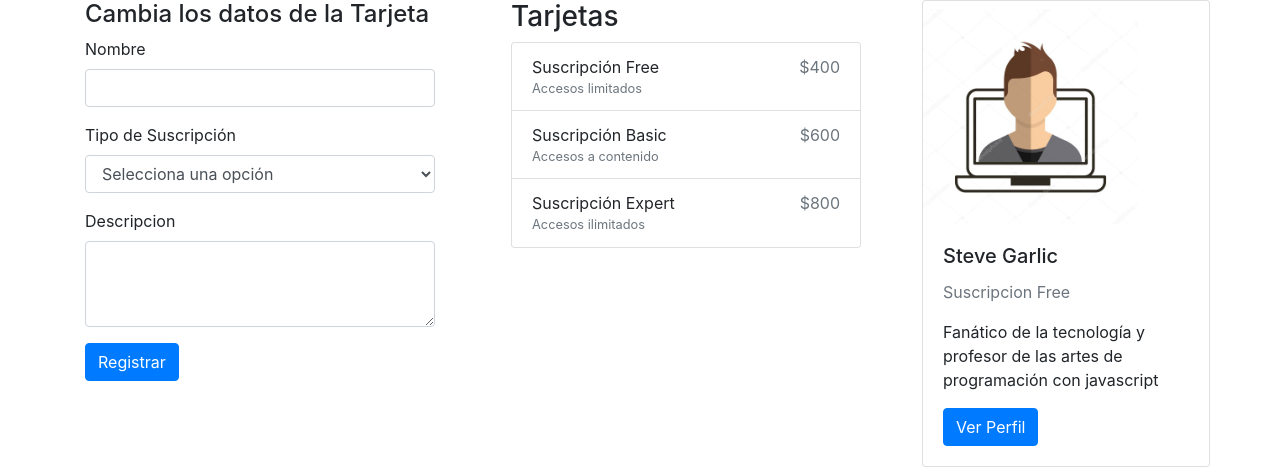
Repository: pedro-donoso/manipulacion-dom
Page: index.html
These files come from the project's save history. The page is drawn as it stood at one moment and after the next save; the edit follows.
The browser window is 1280 px wide. The pictures show the part of the page from y = 602 to 1069 px (the page is 1069 px tall).

Above is the page before, as saved 2024-02-06 14:34:27.

### index.html
<!doctype html>
<html lang="es">

<head>
    <!-- Required meta tags -->
    <meta charset="utf-8">
    <meta name="viewport" content="width=device-width, initial-scale=1, shrink-to-fit=no">

    <!-- Bootstrap CSS -->
    <link rel="stylesheet" href="https://cdn.jsdelivr.net/npm/bootstrap@4.3.1/dist/css/bootstrap.min.css"
        integrity="sha384-ggOyR0iXCbMQv3Xipma34MD+dH/1fQ784/j6cY/iJTQUOhcWr7x9JvoRxT2MZw1T" crossorigin="anonymous">

    <title>Manipulación del DOM</title>
</head>

<body>

    <main class="container">

        <!-- 1- AGREGO CLASE container PARA MANIPULAR ESTE PÁRRAFO -->
        <div class="row mt-5 text-center justify-content-between" id="contenedor">
            <div class="col-4 col-md-4">
                <h2>Manipulación del DOM</h2>
                <p class="text-center">
                    El DOM es una API definida para representar e interactuar con cualquier documento HTML.
                    El DOM es un modelo de documento que se carga en el navegador web y que representa el documento como
                    un árbol de
                    nodos, en donde cada nodo representa una parte del documento (puede tratarse de un elemento, una
                    cadena de texto o un comentario)
                </p>
            </div>
        </div>
        <div class="row justify-content-between danger">
            <div class="col-4 col-md-4">
                <h4>Cambia los datos de la Tarjeta</h4>
                <!-- 15- AGREGO id PARA ESCUCHAR EVENTO CLICK -->
                <form id="formulario">
                    <!-- 21- AGREGO ID DE CADA CAMPO -->
                    <label>Nombre</label>
                    <input type="text" class="form-control mb-3" id="nombre">
                    <label>Tipo de Suscripción</label>
                    <select id="suscripcion" class="form-control mb-3">
                        <option disabled selected>Selecciona una opción</option>
                        <option value="Suscripción Free">Suscripción Free</option>
                        <option value="Suscripción Basic">Suscripcion Basic</option>
                        <option value="Suscripción Expert">Suscripcion Expert</option>
                    </select>
                    <label>Descripcion</label>
                    <textarea rows="3" class="form-control mb-3" id="descripcion"></textarea>
                    <div>
                        <button class="btn btn-primary mb-3">Registrar</button>
                    </div>
                </form>
            </div>
            <div class="col-4 col-md-4">
                <h3>Tarjetas</h3>
                <div class="card">
                    <ul class="list-group list-group-flush">
                        <li class="list-group-item d-flex justify-content-between">
                            <div class="d-flex flex-column">
                                <span>Suscripción Free</span>
                                <small class="text-muted">Accesos limitados</small>
                            </div>
                            <div>
                                <span class="text-muted">$400</span>
                            </div>
                        </li>
                        <li class="list-group-item d-flex justify-content-between">
                            <div class="d-flex flex-column">
                                <span>Suscripción Basic</span>
                                <small class="text-muted">Accesos a contenido</small>
                            </div>
                            <div>
                                <span class="text-muted">$600</span>
                            </div>
                        </li>
                        <li class="list-group-item d-flex justify-content-between">
                            <div class="d-flex flex-column">
                                <span>Suscripción Expert</span>
                                <small class="text-muted">Accesos ilimitados</small>
                            </div>
                            <div>
                                <span class="text-muted">$800</span>
                            </div>
                        </li>
                    </ul>
                </div>
            </div>

            <!-- 8- AGREGO CARD -->
            <!-- 13- AGREGO ID PARA CAPTURAR CONTENEDOR -->
            <div class="row" id="contenedor_tarjeta">

            </div>

        </div>

    </main>

    <!-- Optional JavaScript -->
    <!-- jQuery first, then Popper.js, then Bootstrap JS -->
    <script src="https://code.jquery.com/jquery-3.3.1.slim.min.js"
        integrity="sha384-q8i/X+965DzO0rT7abK41JStQIAqVgRVzpbzo5smXKp4YfRvH+8abtTE1Pi6jizo"
        crossorigin="anonymous"></script>
    <script src="https://cdn.jsdelivr.net/npm/popper.js@1.14.7/dist/umd/popper.min.js"
        integrity="sha384-UO2eT0CpHqdSJQ6hJty5KVphtPhzWj9WO1clHTMGa3JDZwrnQq4sF86dIHNDz0W1"
        crossorigin="anonymous"></script>
    <script src="https://cdn.jsdelivr.net/npm/bootstrap@4.3.1/dist/js/bootstrap.min.js"
        integrity="sha384-JjSmVgyd0p3pXB1rRibZUAYoIIy6OrQ6VrjIEaFf/nJGzIxFDsf4x0xIM+B07jRM"
        crossorigin="anonymous"></script>

    <script src="./app.js"></script>
</body>

</html>

### app.js
// 2- CREO VARIABLE PARA MANIPULAR HTML
let contenedor = document.querySelector("#contenedor");

// 3- CREAR ELEMENTO SUBTITULO Y LE AGREGO PROPIEDADES
let subtitulo = document.createElement("h4");
subtitulo.innerText = "Árbol de nodos \n (enviado desde JavaScript)";

// 4- OBTENER EL CUERPO DEL DOCUMENTO
let body = document.body;

// 5- AGREGAR EL NUEVO ELEMENTO AL CUERPO DEL DOCUMENTO
body.appendChild(subtitulo);

// 6- AGREGO IMAGEN
let imagen = document.createElement("img");
imagen.src =
  "https://www.freecodecamp.org/news/content/images/2021/09/Document.jpg";
imagen.width = "450";
imagen.height = "300";
imagen.alt = "árbol de nodos";

// 7- AGREGO ELEMENTOS AL CONTENEDOR
contenedor.append(subtitulo, imagen);

// 13- AGREGO CONSTRUCTOR
const autor = {
  nombre: "Steve Garlic",
  suscripcion: "Suscripcion Free",
  descripcion:
    "Fanático de la tecnología y profesor de las artes de programación con javascript",
  imagen: "./img/icono.jpg"
};

// 19- Agrego const crearTarjeta y agrego todas las funciones del código
const crearTarjeta = () => {
  // 25- CREO DOCUMENTO VACIO
  document.querySelector("#contenedor_tarjeta").innerHTML = "";

  // 9- CREO ESTRUCTURA DEL CODIGO
  let columnaTarjeta = document.createElement("div");
  columnaTarjeta.className = "col";

  // 10- CREO TEMPLATE STRING DEL CONTENIDO DE LA TARJETA AUTOR
  // 14- AGREGO DATOS DEL CONSTRUCTOR (13)
  // 17- CREO EVENTO onclick
  // 19- LLAMAR A eventoClick CON event
  let tarjetaAutor = ` <div class="card" style="width: 18rem;">
        <img class="card-img-top pt-2 w-75" src="${autor.imagen}" alt="Card image cap">
        <div class="card-body">
            <h5 class="card-title">${autor.nombre}</h5>
             <p class="text-muted">${autor.suscripcion}</p>
            <p class="card-text">${autor.descripcion}</p>

            <button class="btn btn-primary" onclick="eventoClick(event)">Ver Perfil</button>
        </div>
    </div>`;

  // 11- AGREGO TEMPLATE STRING A columnaTarjeta (HIJO)
  columnaTarjeta.innerHTML = tarjetaAutor;

  // 12- AGREGO columnaTarjeta AL CONTENEDOR (PADRE) MEDIANTE LA SELECCIÓN DEL ID #contenedor_tarjeta
  document.querySelector("#contenedor_tarjeta").append(columnaTarjeta);
};

// 16- Creo constante modificarAutor para agregarla al form en index.html, la función recibirá un evento
  const modificarAutor= (event) => {
    console.log(event);
    event.preventDefault();

    // 22- CAPTURO CAMPOS DEL FORMULARIO
    let nombre = document.querySelector("#nombre").value;
    let suscripcion = document.querySelector("#suscripcion").value;
     let descripcion = document.querySelector("#descripcion").value;

    // 23- LLAMO A LA CONSTANTE AUTOR
    autor.nombre = nombre;
    autor.suscripcion = suscripcion;
    autor.descripcion = descripcion;

    // 24- SE VUELVE A CREAR LA TARJETA CON LOS NUEVOS DATOS
    crearTarjeta();
  };


// 18- CAPTURO EVENTO CLIC DEL BOTON EN EL form MEDIANTE EL ID formulario
document.getElementById("formulario").addEventListener("submit",modificarAutor);

// 20- LLAMO A LA FUNCIÓN
crearTarjeta();

After the next save:
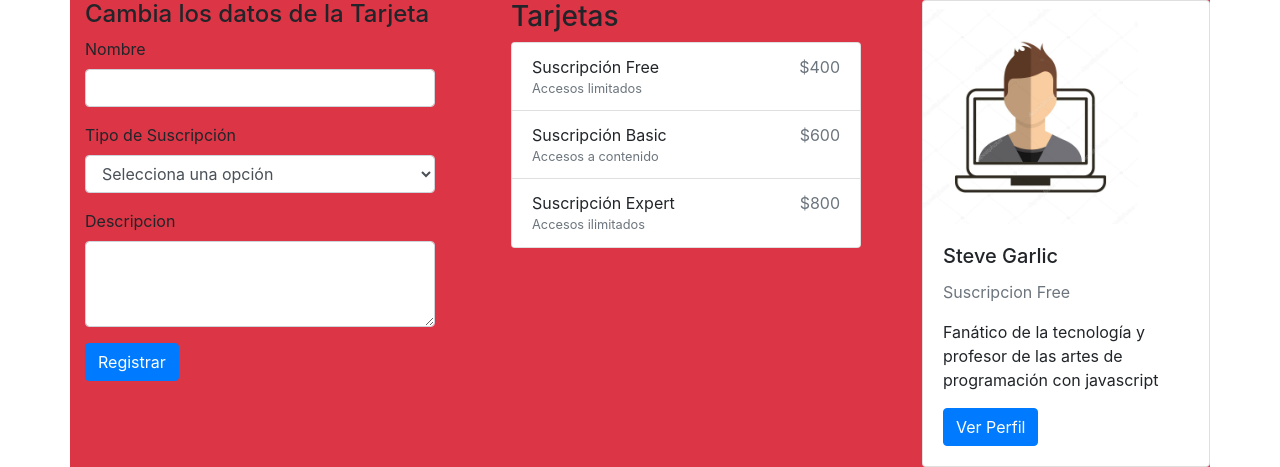
Saved 9 s later.
--- a/index.html
+++ b/index.html
@@ -30,7 +30,7 @@
                 </p>
             </div>
         </div>
-        <div class="row justify-content-between danger">
+        <div class="row justify-content-between bg-danger">
             <div class="col-4 col-md-4">
                 <h4>Cambia los datos de la Tarjeta</h4>
                 <!-- 15- AGREGO id PARA ESCUCHAR EVENTO CLICK -->
